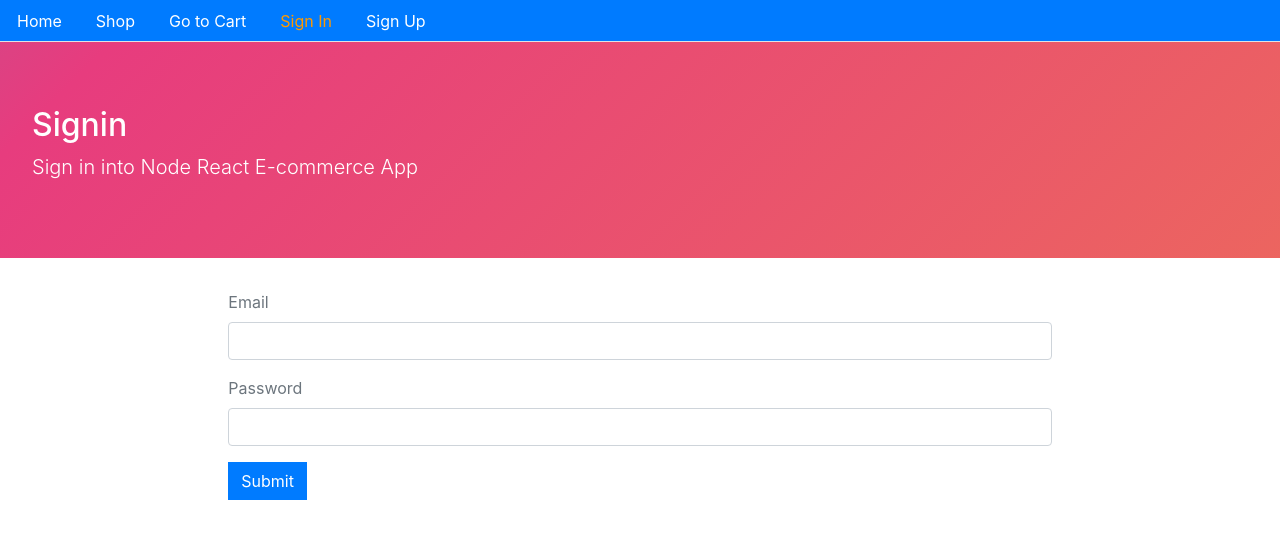
Repository: pragnyatata/Ecommerce
Page: /signin (app in ecommerce-front/)
These files come from the project's save history. The page is drawn as it stood at one moment and after the next save; the edit follows.
The browser window is 1280 px wide. The pictures show the whole page.
The project was rebuilt for these pictures with package versions that can differ from the ones it lists, and the page was loaded fresh each time. Also part of the build but not shown: ecommerce-front/src/user/Signup.js, ecommerce-front/src/core/apiCore.js, ecommerce-front/src/core/ShowImage.js, ecommerce-front/src/core/Card.js, ecommerce-front/src/core/Search.js, ecommerce-front/src/core/Home.js, ecommerce-front/src/auth/PrivateRoute.js, ecommerce-front/src/user/UserDashboard.js and 10 more.

Above is the page before, as saved 2020-01-23 00:03:03.

After the next save:
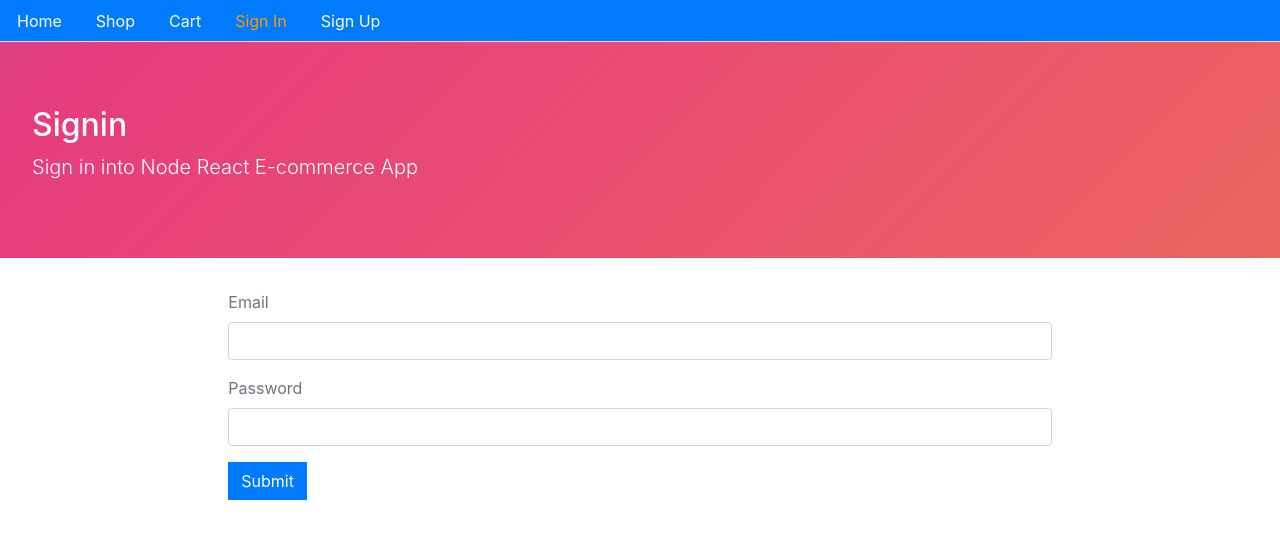
Saved 55 s later.
--- a/ecommerce-front/src/core/Menu.js
+++ b/ecommerce-front/src/core/Menu.js
@@ -1,6 +1,7 @@
 import React, { Fragment } from "react";
 import { Link, withRouter } from "react-router-dom";
 import { signout, isAuthenticated } from "../auth";
+import { itemTotal } from "./cartHelpers";
 const isActive = (history, path) => {
   if (history.location.pathname === path) return { color: "#ff9900" };
   return { color: "#ffffff" };
@@ -29,7 +30,10 @@ const Menu = ({ history }) => (
           style={isActive(history, "/cart")}
           to="/cart"
         >
-          Go to Cart
+          Cart
+          <sup>
+            <small className="cart-badge">{itemTotal}</small>
+          </sup>{" "}
         </Link>
       </li>
       {!isAuthenticated() && (
